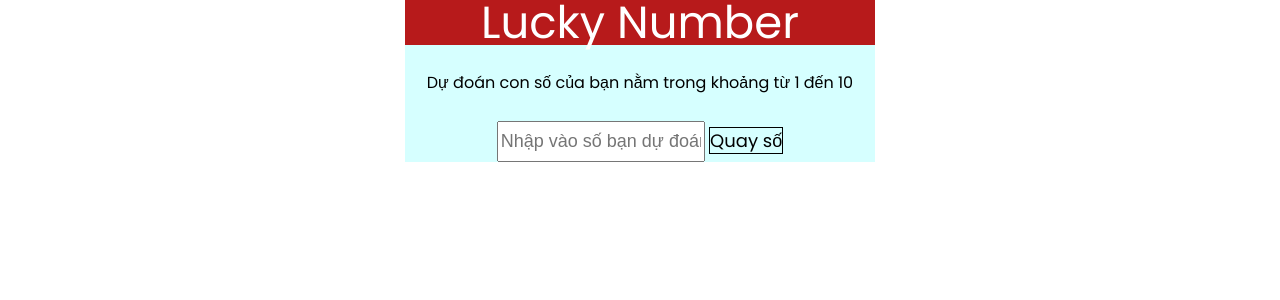
Repository: whis16720/PhuNguyen-C4EJS-D15
Page: index.html
These files come from the project's save history. The page is drawn as it stood at one moment and after a run of saves; the edit follows.
The browser window is 1280 px wide. The pictures show the whole page.
The style sheet was rebuilt from its Sass, Less or Tailwind sources for each picture, by a compiler version that may differ from the author's.

Above is the page before, as saved 2020-09-22 19:48:57.

### index.html
<!DOCTYPE html>
<html lang="en">
<head>
	<meta charset="UTF-8">
	<meta name="viewport" content="width=device-width, initial-scale=1.0">
	<title>Document</title>
	<link rel="stylesheet" href="style.css">
	<link rel="stylesheet" href="reset.css">
	<link href="https://fonts.googleapis.com/css2?family=Poppins:wght@200;300;400;600;700&display=swap" rel="stylesheet">
	<script src="index.js"></script>
</head>
<body>
	<div class="game">
		<h1 class="game__name">Lucky Number</h1>
		<p class="game__details">Dự đoán con số của bạn nằm trong khoảng từ 1 đến 10</p>
		<form class="game__play">
			<input type="text" placeholder="Nhập vào số bạn dự đoán" class="game__input">
			<span class="game__btn">Quay số</span>
		</form>

	</div>
</body>
</html>

### style.scss
.game {
  font-family: "Poppins", sans-serif;
  width: 470px;
  margin: auto;
  background-color: #d6ffff;
  &__name {
    text-align: center;
    font-size: 45px;
    background-color: #b71a1b;
    color: white;
    margin-bottom: 30px;
  }
  &__details {
    text-align: center;
    margin-bottom: 30px;
  }
  &__play {
    text-align: center;
  }
  &__input {
    width: 200px;
    height: 35px;
    font-size: 18px;
  }
  &__btn {
    border: 1px solid black;
    width: 200px;
    height: 35px;
    font-size: 18px;
  }
}

Loaded but not shown: reset.css (common file); index.js (no copy from this time; the picture is the same without it)

After the next 3 saves:
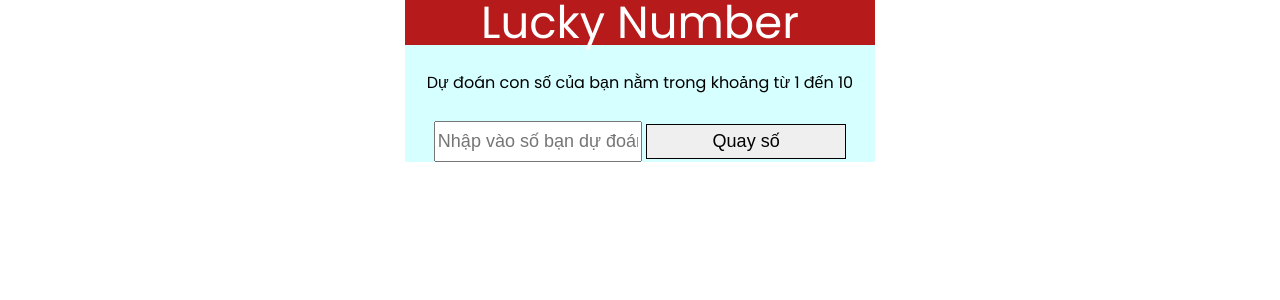
The 3 saves are shown as one change because they came seconds apart.
The last was saved 2 min 7 s later.
--- a/index.html
+++ b/index.html
@@ -15,7 +15,7 @@
 		<p class="game__details">Dự đoán con số của bạn nằm trong khoảng từ 1 đến 10</p>
 		<form class="game__play">
 			<input type="text" placeholder="Nhập vào số bạn dự đoán" class="game__input">
-			<span class="game__btn">Quay số</span>
+			<button type="button" class="game__btn">Quay số</button>
 		</form>
 
 	</div>
